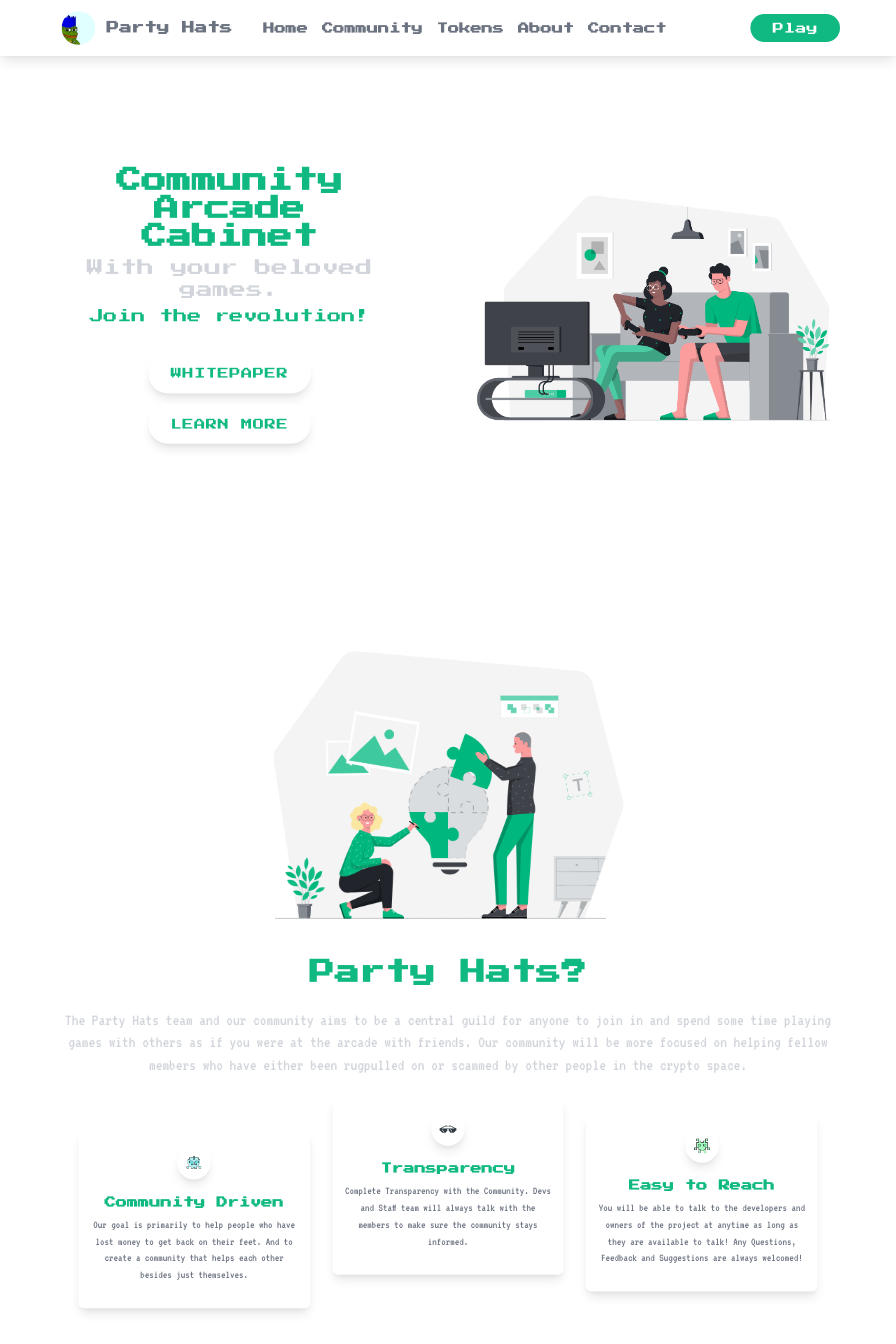
Repository: rhinorphan/phat-landing-page
Page: /
The author's editor kept a copy of each file at every save. The page is drawn from the files as they stood at one save, then again after the next save.
The browser window is 1280 px wide. The pictures show the part of the page from y = 0 to 1920 px (the page is 4206 px tall), at 70% of full size.
The project was rebuilt for these pictures with package versions that can differ from the ones it lists, and the page was loaded fresh each time. Also part of the build but not shown: craco.config.js.

Above is the page before, as saved 2021-11-17 23:41:16.

### public/index.html
<!DOCTYPE html>
<html lang="en">
  <head>
    <meta charset="utf-8" />
    <link rel="icon" href="%PUBLIC_URL%/assets/images/server_icon.png" />
    <meta name="PHAT" content="width=device-width, initial-scale=1" />
    <meta name="theme-color" content="#000000" />
    <meta
      name="description"
      content="PHAT Landing Page"
    />
    <link rel="apple-touch-icon" href="%PUBLIC_URL%/assets/images/server_icon.png" />
    <!--
      manifest.json provides metadata used when your web app is installed on a
      user's mobile device or desktop. See https://developers.google.com/web/fundamentals/web-app-manifest/
    -->
    <link rel="manifest" href="%PUBLIC_URL%/manifest.json" />
    <!--
      Notice the use of %PUBLIC_URL% in the tags above.
      It will be replaced with the URL of the `public` folder during the build.
      Only files inside the `public` folder can be referenced from the HTML.

      Unlike "/favicon.ico" or "favicon.ico", "%PUBLIC_URL%/favicon.ico" will
      work correctly both with client-side routing and a non-root public URL.
      Learn how to configure a non-root public URL by running `npm run build`.
    -->
    <title>Party Hats</title>
  </head>
  <body>
    <noscript>You need to enable JavaScript to run this app.</noscript>
    <div id="root"></div>
    <!--
      This HTML file is a template.
      If you open it directly in the browser, you will see an empty page.

      You can add webfonts, meta tags, or analytics to this file.
      The build step will place the bundled scripts into the <body> tag.

      To begin the development, run `npm start` or `yarn start`.
      To create a production bundle, use `npm run build` or `yarn build`.
    -->
  </body>
</html>

### src/App.js
import logo from './logo.svg';
import './App.css';
import Header from './components/Header';
import Contact from './components/Contact';
import Landing from './components/Landing';
import Community from './components/Community';
import Tokens from './components/Tokens';
import About from './components/About';
import Footer from './components/Footer';

function App() {
  return (
    <div className="app">
        <Header />
        <div className="app__body">
          <Landing />
          <Community />
          <Tokens />
          <About />
          <Contact />
        </div>
        <Footer />
    </div>
  );
}

export default App;

### src/App.css
@import url('https://fonts.googleapis.com/css2?family=VT323&display=swap');
@import url('https://fonts.googleapis.com/css2?family=Press+Start+2P&family=VT323&display=swap');

.app {
  font-family: 'Press Start 2P', cursive;
}

.normalText {
  font-family: 'VT323', monospace;
}

.active {
  @apply py-4 px-2 text-green-500 border-b-4 border-green-500 font-semibold
}

.active2 {
  @apply block text-sm px-2 py-4 text-white bg-green-500 font-semibold
}

.nobull {
  list-style-type: none;
}

### src/components/Header.js
import React from 'react';
import { Link, animateScroll as scroll } from "react-scroll";

function Header() {

  const handleSubmit = (e) => {
    e.preventDefault();

		const menu = document.querySelector(".mobile-menu");

		menu.classList.toggle("hidden");
  }
  const scrollToTop = (e) => {
    scroll.scrollToTop();
  };

  return (
    <nav class="bg-white shadow-lg sticky top-0">
			<div class="max-w-6xl mx-auto px-4">
				<div class="flex justify-between">
					<div class="flex space-x-7">
						<div>
							<a href="" class="flex items-center py-4 px-2">
								<img src={`${process.env.PUBLIC_URL}/assets/images/server_icon.png`} alt="Logo" class="inline object-cover w-12 h-12 mr-4 rounded-full"/>
								<span onClick={scrollToTop}class="font-semibold text-gray-500 text-lg">Party Hats</span>
							</a>
						</div>
						<div class="hidden md:flex items-center space-x-1 nobull">
              <li><Link activeClass="active" className="py-4 px-2 text-gray-500 font-semibold hover:text-green-500 transition duration-300 cursor-pointer"
              to="landing" spy={true} smooth={true} duration={500}>Home</Link></li>
							<li><Link activeClass="active" className="py-4 px-2 text-gray-500 font-semibold hover:text-green-500 transition duration-300 cursor-pointer"
              to="community" spy={true} smooth={true} duration={500}>Community</Link></li>
              <li><Link activeClass="active" className="py-4 px-2 text-gray-500 font-semibold hover:text-green-500 transition duration-300 cursor-pointer"
              to="token" spy={true} smooth={true} duration={500}>Tokens</Link></li>
							<li><Link activeClass="active" className="py-4 px-2 text-gray-500 font-semibold hover:text-green-500 transition duration-300 cursor-pointer"
              to="about" spy={true} smooth={true} duration={500}>About</Link></li>
							<li><Link activeClass="active" className="py-4 px-2 text-gray-500 font-semibold hover:text-green-500 transition duration-300 cursor-pointer"
              to="contact" spy={true} smooth={true} duration={500}>Contact</Link></li>
						</div>
					</div>
					<div class="hidden md:flex items-center space-x-3 ">
						<a target="_blank" rel="noopener noreferrer" href="https://tetr.io/" class="py-2 px-8 font-medium text-white bg-green-500 hover:bg-green-400 transition duration-300 rounded-full">Play</a>
					</div>
					<div class="md:hidden flex items-center">
						<button class="outline-none mobile-menu-button" onClick={handleSubmit}>
						<svg class=" w-6 h-6 text-gray-500 hover:text-green-500 "
							x-show="!showMenu"
							fill="none"
							stroke-linecap="round"
							stroke-linejoin="round"
							stroke-width="2"
							viewBox="0 0 24 24"
							stroke="currentColor"
						>
							<path d="M4 6h16M4 12h16M4 18h16"></path>
						</svg>
					</button>
					</div>
				</div>
			</div>
			<div class="hidden mobile-menu">
				<ul class="">
					<li><Link activeClass="active2" className="block text-sm px-2 py-4 hover:bg-green-500 transition duration-300 hover:text-white cursor-pointer"
              to="landing" spy={true} smooth={true} duration={500}>Home</Link></li>
					<li><Link activeClass="active2" className="block text-sm px-2 py-4 hover:bg-green-500 transition duration-300 hover:text-white cursor-pointer"
              to="community" spy={true} smooth={true} duration={500}>Community</Link></li>
          <li><Link activeClass="active2" className="block text-sm px-2 py-4 hover:bg-green-500 transition duration-300 hover:text-white cursor-pointer"
              to="token" spy={true} smooth={true} duration={500}>Tokens</Link></li>
					<li><Link activeClass="active2" className="block text-sm px-2 py-4 hover:bg-green-500 transition duration-300 hover:text-white cursor-pointer"
              to="about" spy={true} smooth={true} duration={500}>About</Link></li>
					<li><Link activeClass="active2" className="block text-sm px-2 py-4 hover:bg-green-500 transition duration-300 hover:text-white cursor-pointer"
              to="contact" spy={true} smooth={true} duration={500}>Contact</Link></li>
				</ul>
			</div>
		</nav>
  )
}

export default Header

### src/components/Contact.js
import React from 'react'
import { Link, animateScroll as scroll } from "react-scroll";

function Contact() {

  return (
    <section
      className="text-gray-700 body-font h-100" name="contact">
        <div className="container px-5 py-24 mx-auto">
          <div className="flex flex-col text-center w-full mb-12">
            <h1 className="flex text-4xl  font-bold mb-8 text-green-500 justify-center">
              Contact Us
            </h1>
            <p className="lg:w-2/3 mx-auto leading-relaxed text-base normalText text-2xl">
            Neque porro quisquam est qui dolorem ipsum quia dolor sit amet, consectetur, adipisci velit.
            </p>
          </div>
          <div className="lg:w-1/2 md:w-2/3 mx-auto">
            <div className="flex flex-wrap -m-2">
              <div className="p-2 w-1/2">
                <div className="">
                  <label for="name" className="leading-7 text-sm text-gray-600">
                    Name
                  </label>
                  <input
                    type="text"
                    id="name"
                    name="name"
                    className="w-full bg-gray-100 rounded border border-gray-300 focus:border-green-500 text-base outline-none text-gray-700 py-1 px-3 leading-8 transition-colors duration-200 ease-in-out normalText"
                  />
                </div>
              </div>
              <div className="p-2 w-1/2">
                <div className="">
                  <label
                    for="email"
                    className="leading-7 text-sm text-gray-600"
                  >
                    Email
                  </label>
                  <input
                    type="email"
                    id="email"
                    name="email"
                    className="w-full bg-gray-100 rounded border border-gray-300 focus:border-green-500 text-base outline-none text-gray-700 py-1 px-3 leading-8 transition-colors duration-200 ease-in-out normalText"
                  />
                </div>
              </div>
              <div className="p-2 w-full">
                <div className="">
                  <label
                    for="message"
                    className="leading-7 text-sm text-gray-600"
                  >
                    Message
                  </label>
                  <textarea
                    id="message"
                    name="message"
                    className="w-full bg-gray-100 rounded border border-gray-300 focus:border-green-500 h-32 text-base outline-none text-gray-700 py-1 px-3 resize-none leading-6 transition-colors duration-200 ease-in-out normalText"
                  ></textarea>
                </div>
              </div>
              <div className="p-2 w-full">
                <button className="flex mx-auto py-2 px-8 font-medium text-white bg-green-500 rounded hover:bg-green-400 transition duration-300">
                  Send
                </button>
              </div>
            </div>
          </div>
        </div>
      </section>
  )
}

export default Contact

### src/components/Landing.js
import React from 'react'
import { Link, animateScroll as scroll } from "react-scroll";

function Landing() {
  return (
    <section className="grid text-center md:flex  items-center justify-center h-screen py-10 px-4" name="landing">
      <div class="mx-24">
        <h2 class="text-4xl  font-bold mb-2 text-green-500">
          Community Arcade Cabinet
        </h2>
        <h3 class="text-2xl mb-2 text-gray-300">
        With your beloved games.
        </h3>
        <h3 class="text-xl mb-8 text-green-500">
        Join the revolution!
        </h3>

        <button class="m-2 bg-white rounded-full py-4 px-8 shadow-lg uppercase tracking-wider text-green-500 hover:bg-green-400 transition duration-300 hover:text-white">
          <a target="_blank" rel="noopener noreferrer" href="https://lionell-moore.gitbook.io/crypto-party-hats/introductions/what-is-party-hats">Whitepaper</a>
        </button>
        <button class="m-2 bg-white rounded-full py-4 px-8 shadow-lg uppercase tracking-wider text-green-500 hover:bg-green-400 transition duration-300 hover:text-white">
          <a target="_blank" rel="noopener noreferrer" href="#"><Link activeClass="active"
              to="community" spy={true} smooth={true} duration={500}>Learn More</Link></a>
        </button>
      </div>
      <div className="w-full">
        <img src={`${process.env.PUBLIC_URL}/assets/images/landing.png`} alt="" className="h-full w-full"/>
      </div>
    </section>
  )
}

export default Landing

### src/components/Community.js
import React from 'react'

function Community() {
  return (
    <section className="grid md:grid place-items-center h-100 py-10 px-4" name="community">
      <div className="w-min-50">
        <img src={`${process.env.PUBLIC_URL}/assets/images/collab.png`} alt=""/>
      </div>
      <div class="mx-16 w-50">
        <h2 class="text-4xl  font-bold mb-8 text-green-500 text-center">
        Party Hats?
        </h2>
        <h3 class="flex text-2xl mb-2 text-gray-300 text-center normalText">
        The Party Hats team and our community aims to be a central guild for anyone to join in and spend some time playing games with others as if you were at the arcade with friends. Our community will be more focused on helping fellow members who have either been rugpulled on or scammed by other people in the crypto space.
        </h3>
        <section class="pb-10 bg-blueGray-200 mt-8">
        <div class="container mx-auto px-4">
          <div class="flex flex-wrap">
            <div class="lg:pt-12 pt-6 w-full md:w-4/12 px-4 text-center">
              <div class="flex flex-col min-w-0 break-words bg-white w-full mb-8 shadow-lg rounded-lg">
                <div class="px-4 py-5 flex-auto">
                  <div class="text-white p-3 text-center inline-flex items-center justify-center w-12 h-12 mb-5 shadow-lg rounded-full">
                  <img src={`${process.env.PUBLIC_URL}/assets/images/alien2.png`}class=""/>
                  </div>
                  <h6 class="text-l font-semibold text-green-500">Community Driven</h6>
                  <p class="mt-2 mb-4 text-gray-500 normalText">
                  Our goal is primarily to help people who have lost money to get back on their feet. And to create a community that helps each other besides just themselves.
                  </p>
                </div>
              </div>
            </div>
            <div class="w-full md:w-4/12 px-4 text-center">
              <div class="flex flex-col min-w-0 break-words bg-white w-full mb-8 shadow-lg rounded-lg">
                <div class="px-4 py-5 flex-auto">
                  <div class="text-white p-3 text-center inline-flex items-center justify-center w-12 h-12 mb-5 shadow-lg rounded-full bg-lightBlue-400">
                  <img src={`${process.env.PUBLIC_URL}/assets/images/geek.png`}class=""/>
                  </div>
                  <h6 class="text-l font-semibold text-green-500">Transparency</h6>
                  <p class="mt-2 mb-4 text-gray-500 normalText">
                  Complete Transparency with the Community.
                  Devs and Staff team will always talk with the members to make sure the community stays informed.
                  </p>
                </div>
              </div>
            </div>
            <div class="pt-6 w-full md:w-4/12 px-4 text-center">
              <div class="flex flex-col min-w-0 break-words bg-white w-full mb-8 shadow-lg rounded-lg">
                <div class="px-4 py-5 flex-auto">
                  <div class="text-white p-3 text-center inline-flex items-center justify-center w-12 h-12 mb-5 shadow-lg rounded-full bg-emerald-400">
                  <img src={`${process.env.PUBLIC_URL}/assets/images/alien1.png`}class=""/>
                  </div>
                  <h6 class="text-l font-semibold text-green-500">Easy to Reach</h6>
                  <p class="mt-2 mb-4 text-gray-500 normalText">
                  You will be able to talk to the developers and owners of the project at anytime as long as they are available to talk! Any Questions, Feedback and Suggestions are always welcomed!
                  </p>
                </div>
              </div>
            </div>
          </div>
        </div>
        </section>
      </div>
    </section>
  )
}

export default Community

### src/components/Tokens.js
import React from 'react'

function Tokens() {
  return (
    <section name="token" className="h-screen container px-5 py-24 mx-auto flex justify-center">
      <p className="text-4xl  font-bold mb-8 text-green-500 text-center ">Tokens</p>
    </section>
  )
}

export default Tokens

### src/components/About.js
import React from 'react'

// shadow-lg border border-gray-200 rounded-full overflow-hidden - picture TEAM div className

function About() {
  return (
    <section name="about" className="h-100 container px-5 py-24 mx-auto flex-col">
      <div>
        <p className="text-4xl  font-bold mb-8 text-green-500 text-center">Meet the Team</p>
      </div>
      <div class="flex flex-col sm:flex-row gap-4">

			<div class="flex flex-col items-center justify-center bg-white p-4 shadow rounded-lg">
				<div class="inline-flex h-40 w-40">
					<img src={`${process.env.PUBLIC_URL}/assets/images/team1.png`}
						 alt=""
						 class="h-full w-full"/>
				</div>

				<h2 class="mt-4 font-bold text-l">John Smith</h2>
				<h6 class="mt-2 text-md font-medium text-green-500 normalText">Founder</h6>

				<p class="text-sm text-gray-500 text-center mt-3 normalText">
					Lorem ipsum dolor sit amet, consectetur adipisicing elit. Ab enim molestiae nulla.
				</p>

				<ul class="flex flex-row mt-4 space-x-2">
					<li>
						<a href="" class="flex items-center justify-center h-8 w-8">
							<img src={`${process.env.PUBLIC_URL}/assets/images/fb.png`}class=""/>
						</a>
					</li>
					<li>
          <a href="" class="flex items-center justify-center h-8 w-8">
							<img src={`${process.env.PUBLIC_URL}/assets/images/twitter.png`}class=""/>
						</a>
					</li>
					<li>
          <a href="" class="flex items-center justify-center h-8 w-8">
							<img src={`${process.env.PUBLIC_URL}/assets/images/linkedin.png`}class=""/>
						</a>
					</li>
				</ul>
			</div>

			<div class="flex flex-col items-center justify-center bg-white p-4 shadow rounded-lg">
				<div class="inline-flex h-40 w-40">
					<img src={`${process.env.PUBLIC_URL}/assets/images/team2.png`}
						 alt=""
						 class="h-full w-full"/>
				</div>

				<h2 class="mt-4 font-bold text-l">Anna Bennett</h2>
				<h6 class="mt-2 text-md font-medium text-green-500 normalText">CFO</h6>

				<p class="text-sm text-gray-500 text-center mt-3 normalText">
					Lorem ipsum dolor sit amet, consectetur adipisicing elit. Ab enim molestiae nulla.
				</p>

				<ul class="flex flex-row mt-4 space-x-2">
					<li>
						<a href="" class="flex items-center justify-center h-8 w-8">
							<img src={`${process.env.PUBLIC_URL}/assets/images/fb.png`}class=""/>
						</a>
					</li>
					<li>
          <a href="" class="flex items-center justify-center h-8 w-8">
							<img src={`${process.env.PUBLIC_URL}/assets/images/twitter.png`}class=""/>
						</a>
					</li>
					<li>
          <a href="" class="flex items-center justify-center h-8 w-8">
							<img src={`${process.env.PUBLIC_URL}/assets/images/linkedin.png`}class=""/>
						</a>
					</li>
				</ul>
			</div>

			<div class="flex flex-col items-center justify-center bg-white p-4 shadow rounded-lg">
				<div class="inline-flex h-40 w-40">
					<img src={`${process.env.PUBLIC_URL}/assets/images/team3.png`}
						 alt=""
						 class="h-full w-full"/>
				</div>

				<h2 class="mt-4 font-bold text-l">Mary Taylor</h2>
				<h6 class="mt-2 text-md font-medium text-green-500 normalText">Marketing</h6>

				<p class="text-sm text-gray-500 text-center mt-3 normalText">
					Lorem ipsum dolor sit amet, consectetur adipisicing elit. Ab enim molestiae nulla.
				</p>

				<ul class="flex flex-row mt-4 space-x-2">
					<li>
						<a href="" class="flex items-center justify-center h-8 w-8">
							<img src={`${process.env.PUBLIC_URL}/assets/images/fb.png`}class=""/>
						</a>
					</li>
					<li>
          <a href="" class="flex items-center justify-center h-8 w-8">
							<img src={`${process.env.PUBLIC_URL}/assets/images/twitter.png`}class=""/>
						</a>
					</li>
					<li>
          <a href="" class="flex items-center justify-center h-8 w-8">
							<img src={`${process.env.PUBLIC_URL}/assets/images/linkedin.png`}class=""/>
						</a>
					</li>
				</ul>
			</div>

		</div>

    </section>
  )
}

export default About

### src/components/Footer.js
import React from 'react'

function Footer() {
  return (
    <div className="p-2 w-full pt-8 mt-8 border-t border-gray-200 text-center">
      <a className="text-green-500">example@email.com</a>
      <p className="text-xs my-5 text-gray-400">
      Copyright © CryptoPartyHats 2021
      </p>
      <div className="flex flex-row justify-center">
        <img src={`${process.env.PUBLIC_URL}/assets/images/tg.png`} alt="" className="h-8 w-8 mx-2 cursor-pointer"/>
        <img src={`${process.env.PUBLIC_URL}/assets/images/reddit.png`} alt="" className="h-8 w-8 mx-2 cursor-pointer"/>
        <img src={`${process.env.PUBLIC_URL}/assets/images/twitter.png`} alt="" className="h-8 w-8 mx-2 cursor-pointer"/>
        <img src={`${process.env.PUBLIC_URL}/assets/images/discord.png`} alt="" className="h-8 w-8 mx-2 cursor-pointer"/>
      </div>
    </div>
  )
}

export default Footer

Loaded but not shown: src/index.js (common file); src/index.css (common file); src/reportWebVitals.js (common file); tailwind.config.js (common file)

After the next save:
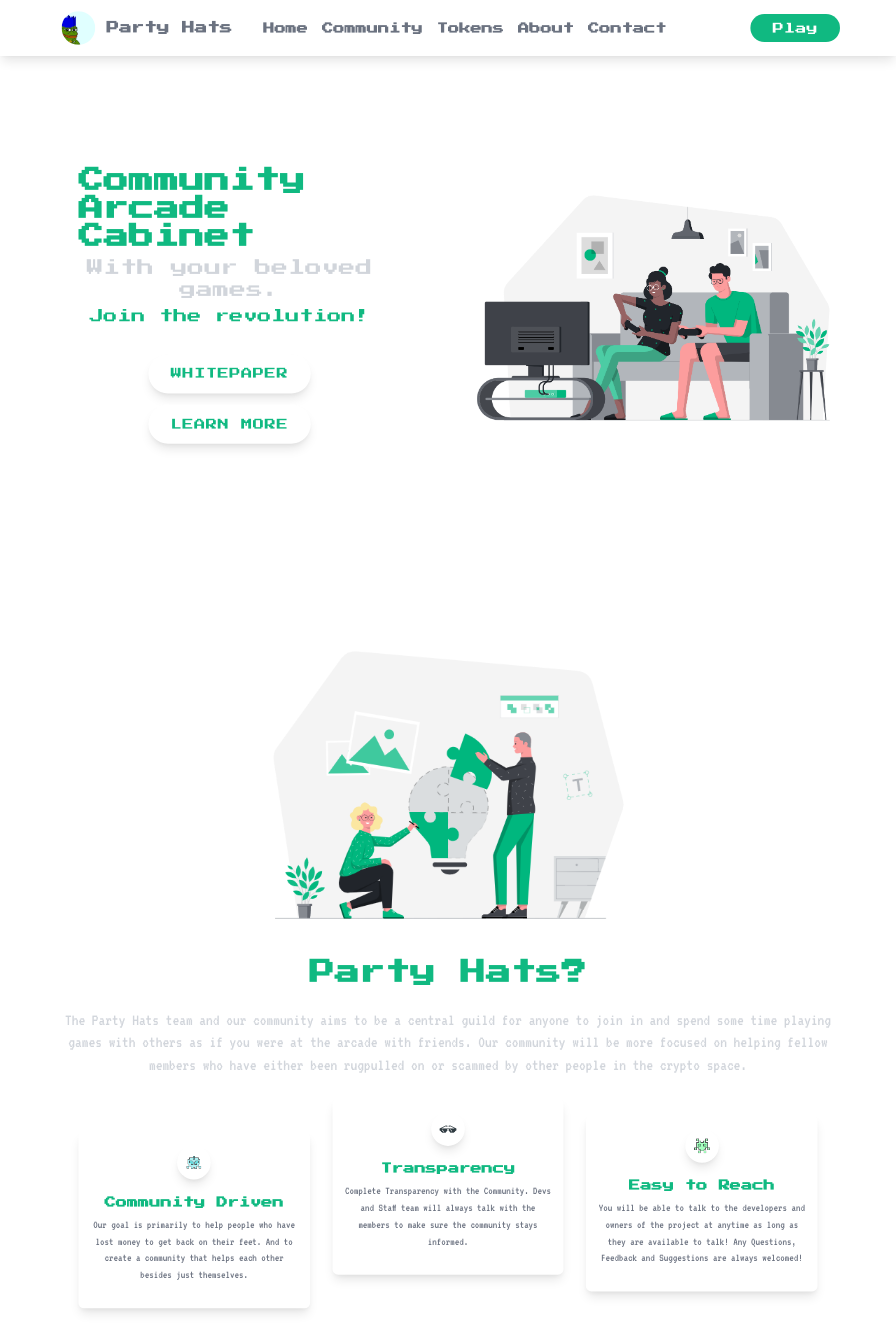
Saved 16 s later.
--- a/src/components/Landing.js
+++ b/src/components/Landing.js
@@ -5,7 +5,7 @@ function Landing() {
   return (
     <section className="grid text-center md:flex  items-center justify-center h-screen py-10 px-4" name="landing">
       <div class="mx-24">
-        <h2 class="text-4xl  font-bold mb-2 text-green-500">
+        <h2 class="text-4xl  font-bold mb-2 text-green-500 md:text-left">
           Community Arcade Cabinet
         </h2>
         <h3 class="text-2xl mb-2 text-gray-300">
